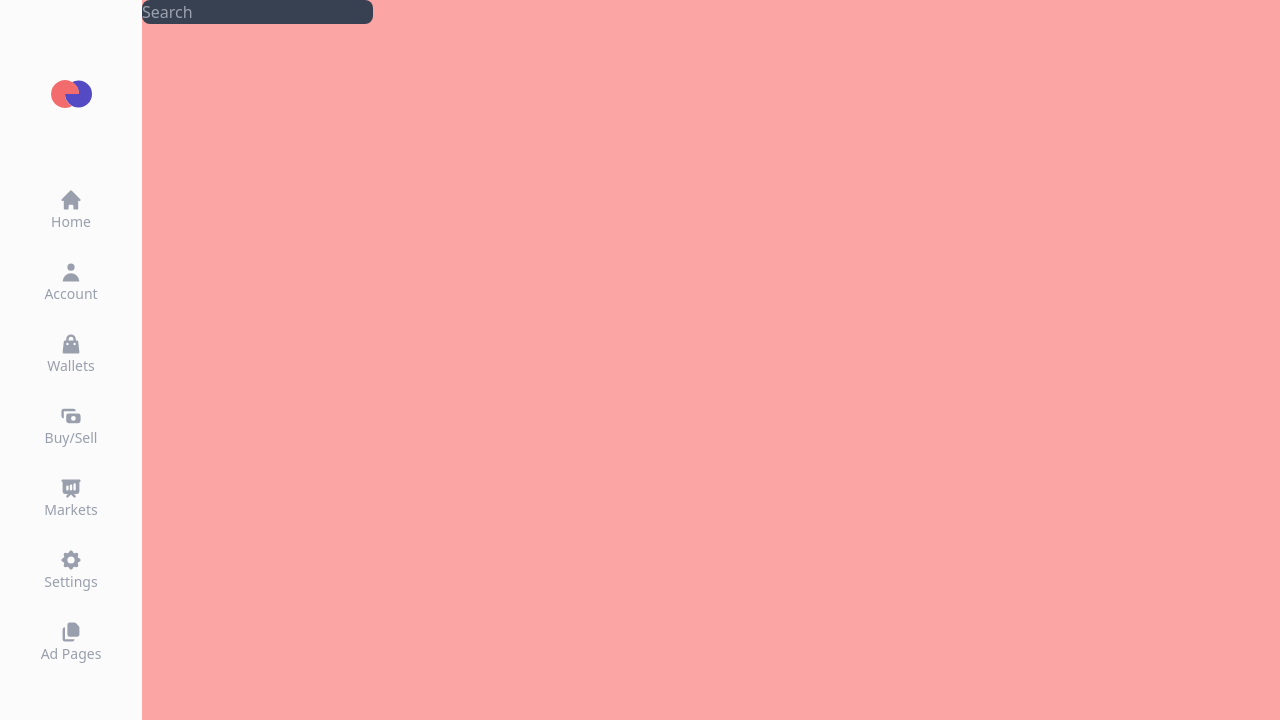
Repository: almaqdad55/crypto-app-nextjs
Page: /
The author's editor kept a copy of each file at every save. The page is drawn from the files as they stood at one save, then again after a run of saves.
The browser window is 1280 px wide. The pictures show the whole page.
The project was rebuilt for these pictures with package versions that can differ from the ones it lists, and the page was loaded fresh each time. The framework's server and built-in components were replaced by stand-ins that run in the browser.

Above is the page before, as saved 2022-01-04 19:58:06.

### pages/index.js
import Head from 'next/head';
import Sidebar from '../components/Sidebar';
import Feed from '../components/Feed';

export default function Home() {
  return (
    <div className="">
      <Head>
        <title>Crypto Trade</title>
        <link rel="icon" href="/logo.svg" />
      </Head>

      <main className="flex">
        <Sidebar />
        <Feed />
        {/* Widget */}
      </main>
    </div>
  );
}

### styles/globals.css
@import url('https://fonts.googleapis.com/css2?family=Lato:wght@300;400;700&display=swap');

@tailwind base;
@tailwind components;
@tailwind utilities;

@layer base {
  body {
    @apply bg-white;
  }
}

@layer components {
  .icon-group {
    @apply flex flex-col  items-center text-sm cursor-pointer text-[#9A9FAD] hover:text-[#544AC3] transition duration-200;
  }
}

### components/Sidebar.jsx
import {
  HomeIcon,
  UserIcon,
  CashIcon,
  ShoppingBagIcon,
  PresentationChartBarIcon,
  CogIcon,
  DocumentDuplicateIcon,
} from '@heroicons/react/solid';

const Sidebar = () => {
  return (
    <div className="flex flex-col items-center  h-screen w-[142px]  bg-[#fbfbfb] ">
      <div className="mt-20">
        <img src="/logo.svg" alt="" />
      </div>
      <div className="mb-40 mt-20 flex flex-col space-y-7">
        <div className="icon-group group">
          <HomeIcon className="h-6 " />
          <span className="">Home</span>
        </div>
        <div className="icon-group group">
          <UserIcon className="h-6 " />
          <span className="">Account</span>
        </div>
        <div className="icon-group group">
          <ShoppingBagIcon className="h-6 " />
          <span className="">Wallets</span>
        </div>
        <div className="icon-group group ">
          <CashIcon className="h-6 " />
          <span className="">Buy/Sell</span>
        </div>
        <div className="icon-group group">
          <PresentationChartBarIcon className="h-6 " />
          <span className="">Markets</span>
        </div>
        <div className="icon-group group">
          <CogIcon className="h-6 " />
          <span className="">Settings</span>
        </div>
        <div className="icon-group group">
          <DocumentDuplicateIcon className="h-6 " />
          <span className="">Ad Pages</span>
        </div>
      </div>
    </div>
  );
};

export default Sidebar;

### components/Feed.jsx
import {
  DotsHorizontalIcon,
  PhotographIcon,
  NewspaperIcon,
  SearchIcon,
} from '@heroicons/react/outline';

const Feed = () => {
  return (
    <div className=" flex-grow bg-red-300">
      <div>
        <div className="">
          <input
            type="text"
            placeholder={`Search`}
            className="bg-gray-700 rounded-lg"
          />
        </div>
      </div>
    </div>
  );
};

export default Feed;

### tailwind.config.js
module.exports = {
  content: [
    './pages/**/*.{js,ts,jsx,tsx}',
    './components/**/*.{js,ts,jsx,tsx}',
  ],
  theme: {
    extend: {
      fontFamily: {
        Lato: ['Lato', 'sans-serif'],
      },
    },
  },
  plugins: [],
};

Loaded but not shown: pages/_app.js (common file); pages/api/hello.js (common file); pages/api/city.js (no copy from this time; the picture is the same without it); pages/api/getYTData.js (no copy from this time; the picture is the same without it)

After the next 2 saves:
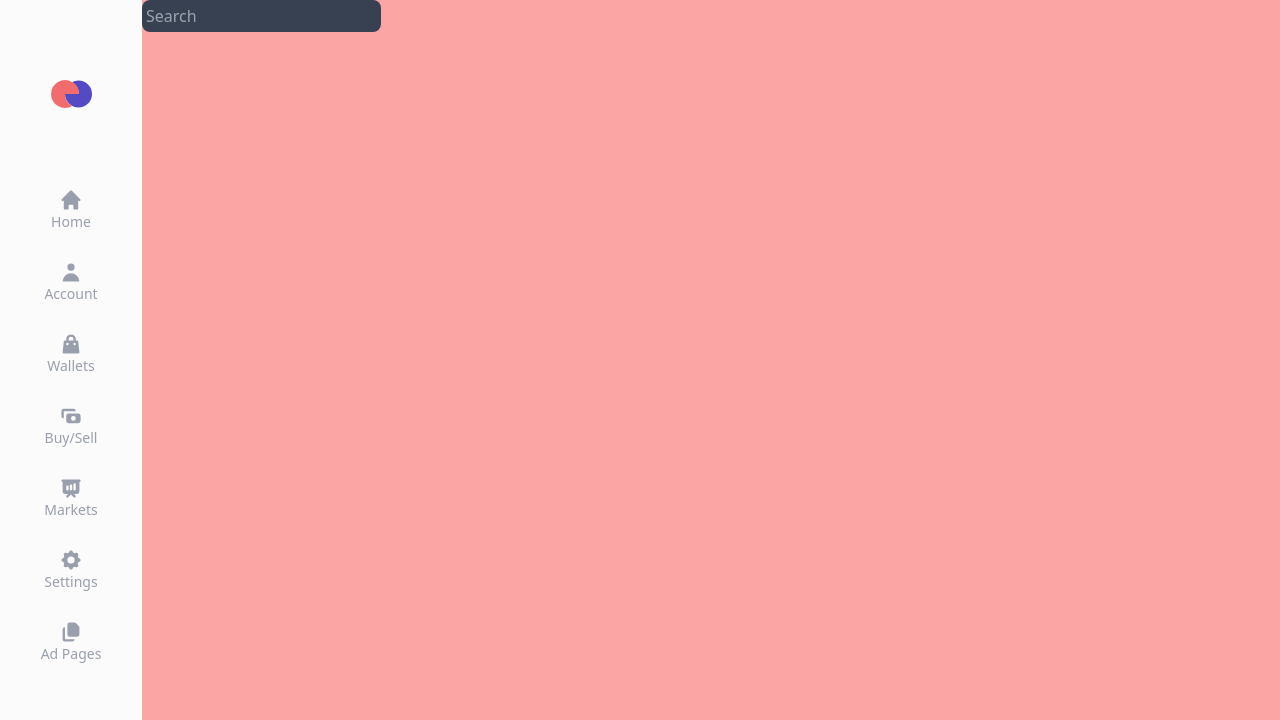
The 2 saves are shown as one change because they came seconds apart.
The last was saved 7 s later.
--- a/components/Feed.jsx
+++ b/components/Feed.jsx
@@ -13,7 +13,7 @@ const Feed = () => {
           <input
             type="text"
             placeholder={`Search`}
-            className="bg-gray-700 rounded-lg"
+            className="bg-gray-700 rounded-lg p-1"
           />
         </div>
       </div>
